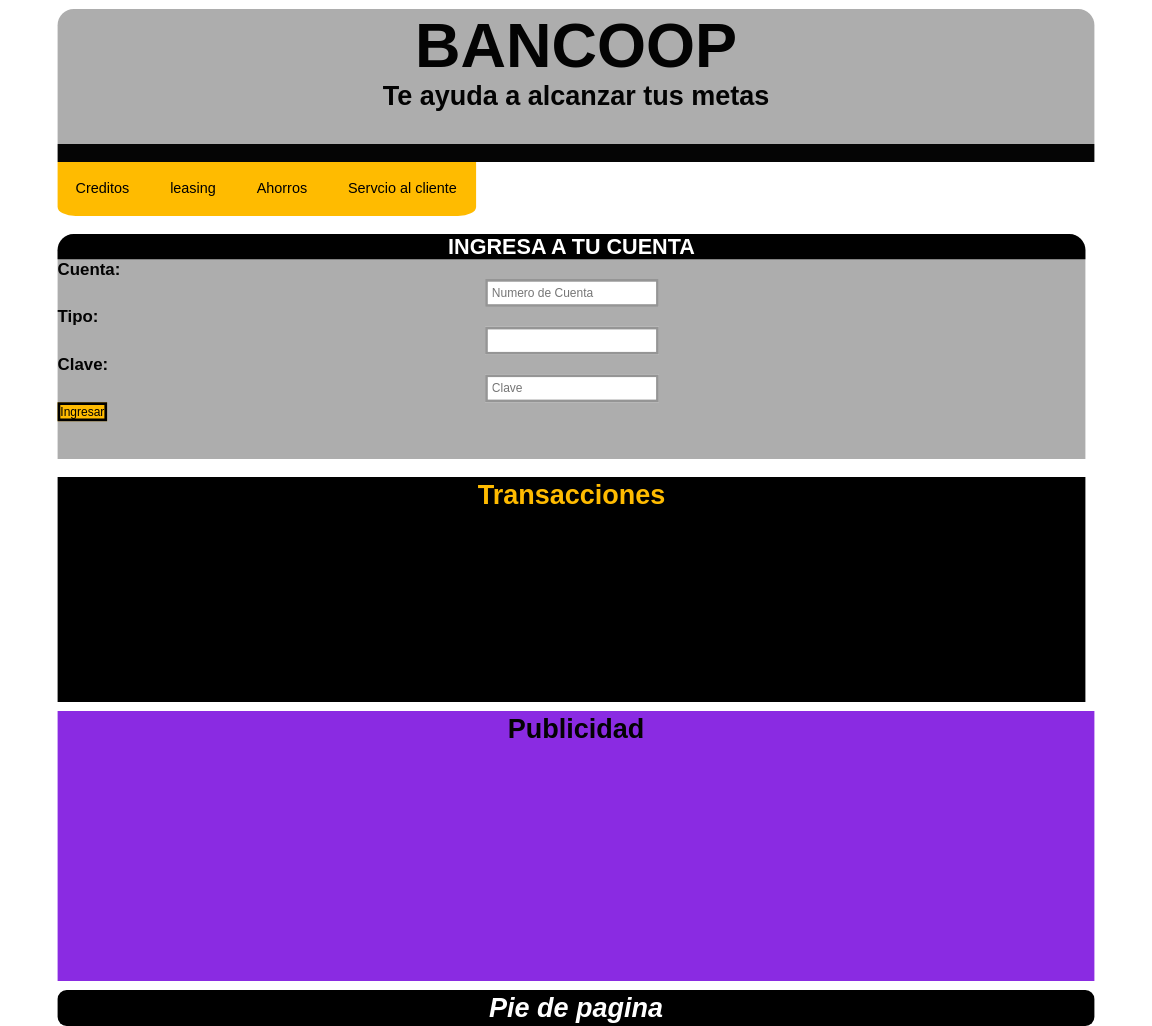
Repository: NickArregoces/BANCOOP
Page: Index.html
The author's editor kept a copy of each file at every save. The page is drawn from the files as they stood at one save, then again after the next save.
The browser window is 1280 px wide. The pictures show the whole page, at 90% of full size.

Above is the page before, as saved 2021-09-29 18:29:50.

After the next save:
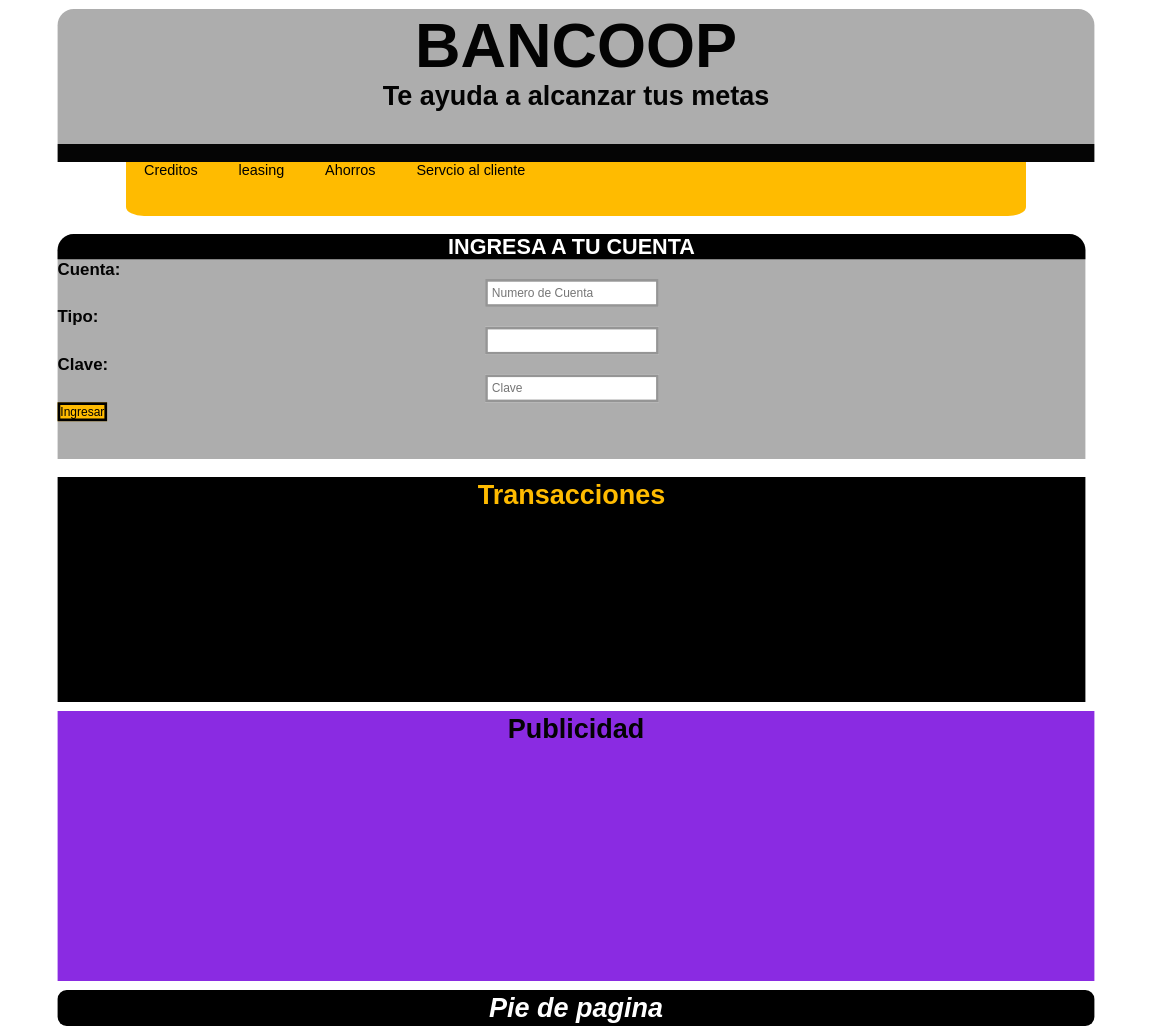
Saved 9 s later.
--- a/CSS/Style.css
+++ b/CSS/Style.css
@@ -43,7 +43,6 @@ ul.menu{
     padding: 0;
     max-width: 1000px;
     margin: auto;
-    display: inline-block;
 }
     .menu li a{
         align-items: center;
@@ -51,7 +50,6 @@ ul.menu{
         text-decoration: none;
         color:black;
         padding: 20px;
-        display: inline-block;
     }
     .menu li {
         display: inline-block;
